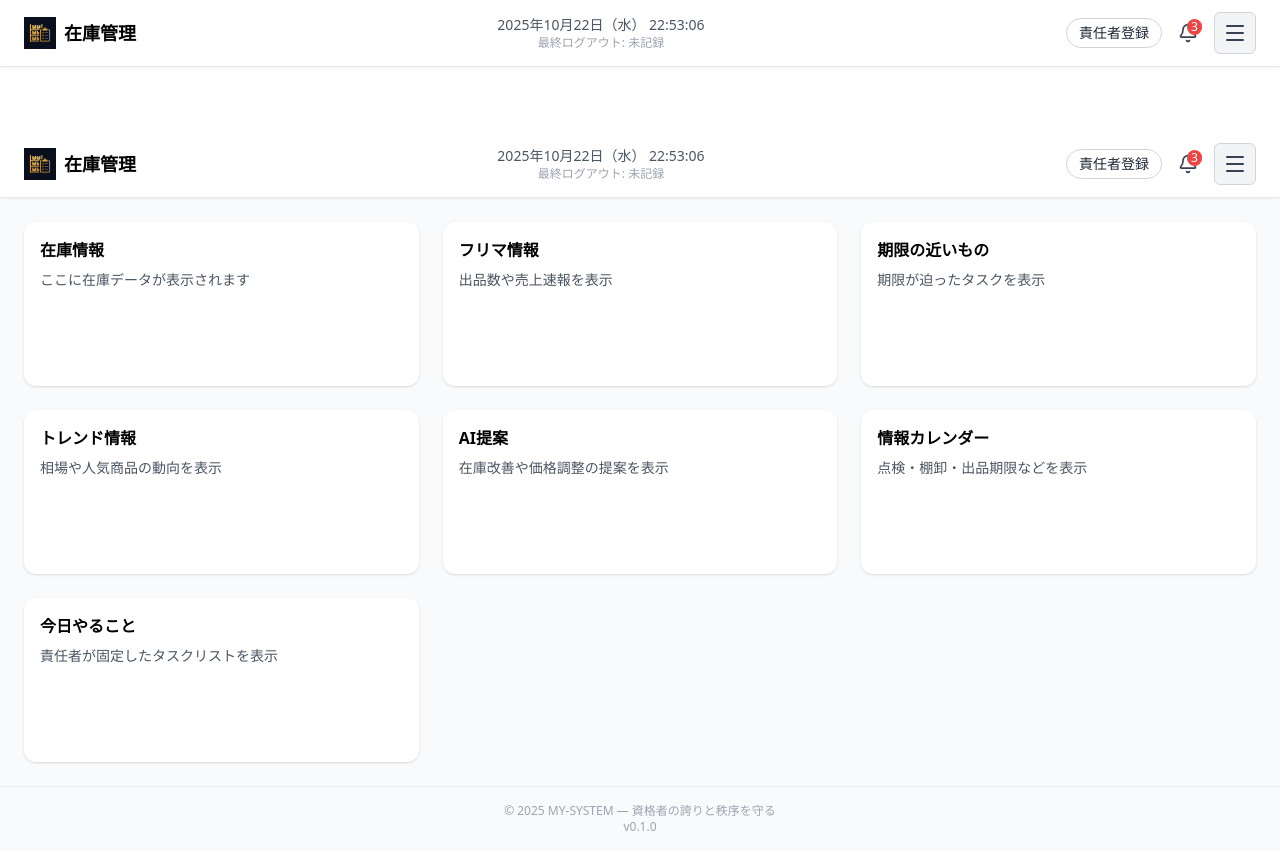
Repository: akauntozonghe-cpu/my-system
Page: /home
An editor plug-in stored every save of this project. The page is shown before and after the next save, followed by the edit.
The browser window is 1280 px wide. The pictures show the whole page.
The project was rebuilt for these pictures with package versions that can differ from the ones it lists, and the page was loaded fresh each time. The framework's server and built-in components were replaced by stand-ins that run in the browser. Also part of the build but not shown: next.config.js, next.config.ts.

Above is the page before, as saved 2025-10-23 16:35:10.

After the next save:
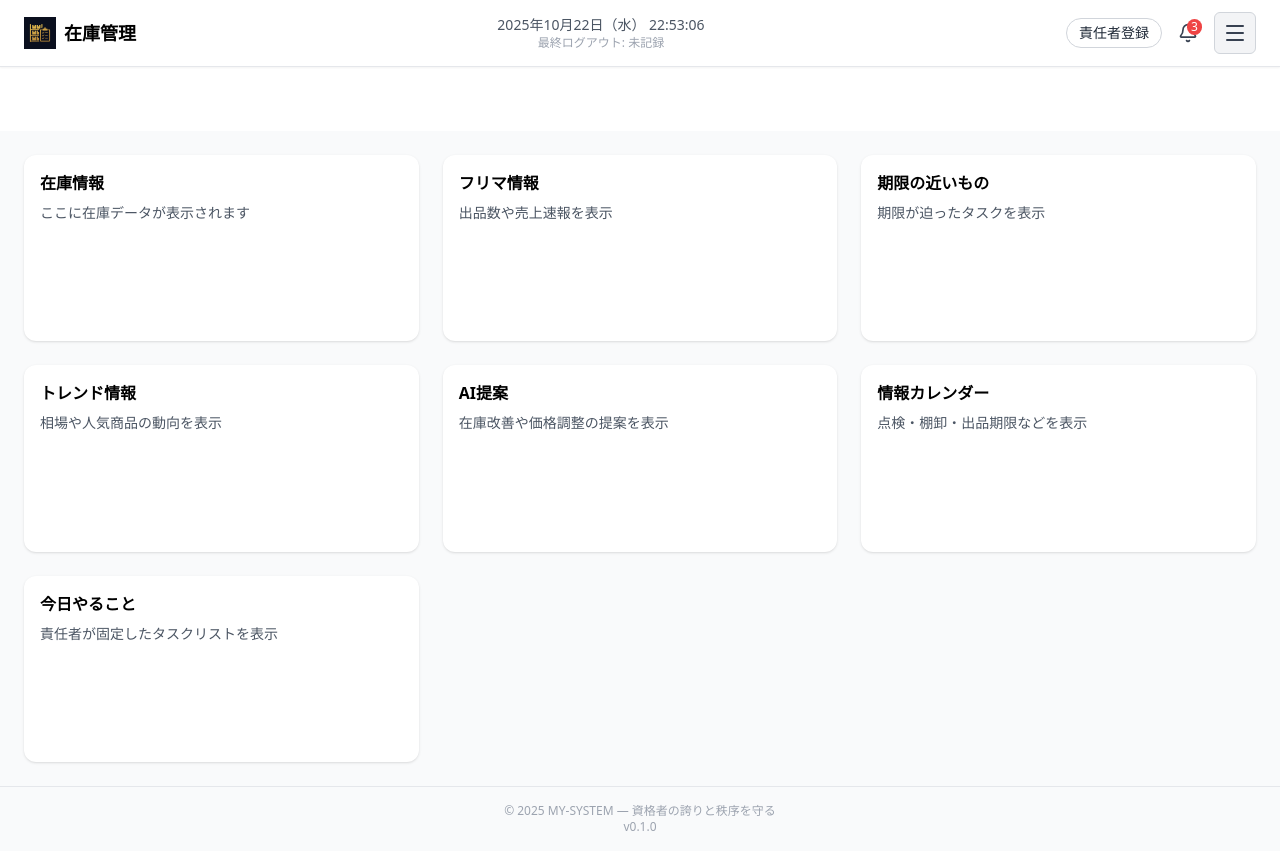
Saved 2 min 51 s later.
--- a/app/(protected)/home/page.tsx
+++ b/app/(protected)/home/page.tsx
@@ -1,4 +1,3 @@
-import Header from "@components/Header";
 import InventoryCard from "@components/cards/InventoryCard";
 import MarketCard from "@components/cards/MarketCard";
 import DeadlinesCard from "@components/cards/DeadlinesCard";
@@ -10,9 +9,6 @@ import TasksCard from "@components/cards/TasksCard";
 export default function HomePage() {
   return (
     <main className="min-h-screen flex flex-col bg-gray-50">
-      {/* 玉座の上部 */}
-      <Header />
-
       {/* ダッシュボード領域 */}
       <section className="flex-1 p-6 grid grid-cols-1 md:grid-cols-2 lg:grid-cols-3 gap-6">
         <InventoryCard />
